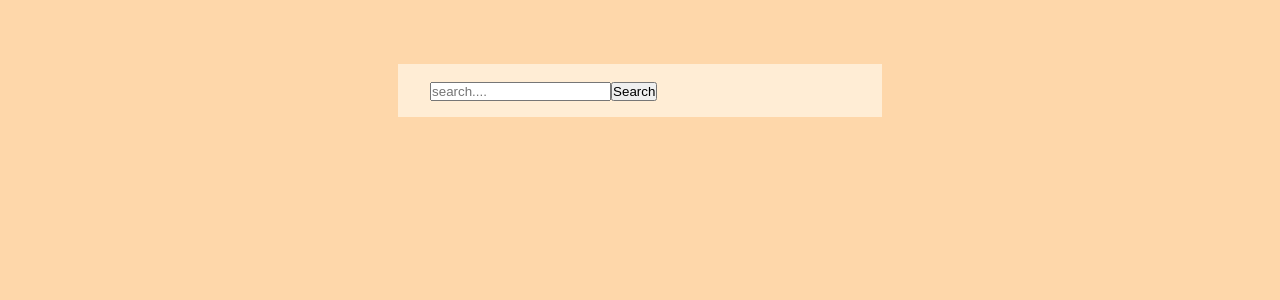
Repository: sandipkarmokar/recipeApp
Page: /
The author's editor kept a copy of each file at every save. The page is drawn from the files as they stood at one save, then again after the next save.
The browser window is 1280 px wide. The pictures show the whole page.
The project was rebuilt for these pictures with package versions that can differ from the ones it lists, and the page was loaded fresh each time.

Above is the page before, as saved 2022-04-15 16:46:16.

After the next save:
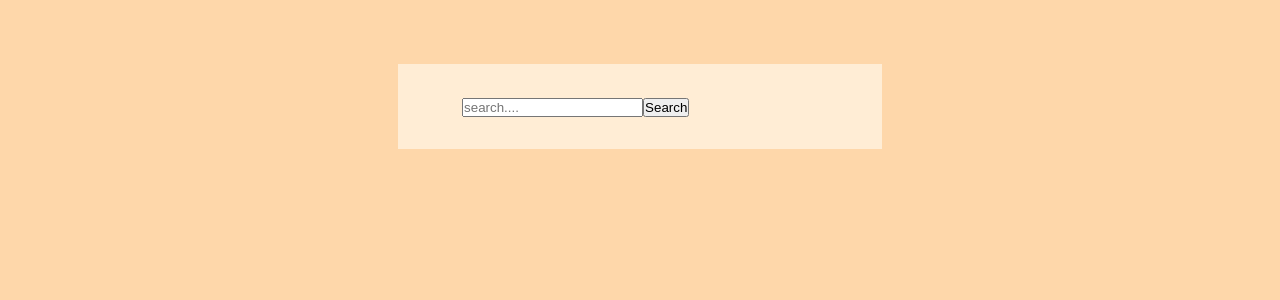
Saved 25 s later.
--- a/src/App.css
+++ b/src/App.css
@@ -25,3 +25,7 @@
     padding: 1rem 2rem;
     background-color: #ffedd5;
 }
+.app .app-container .searchBar .searchBar-container .search {
+    padding: 1rem 2rem;
+    background-color: #ffedd5;
+}
